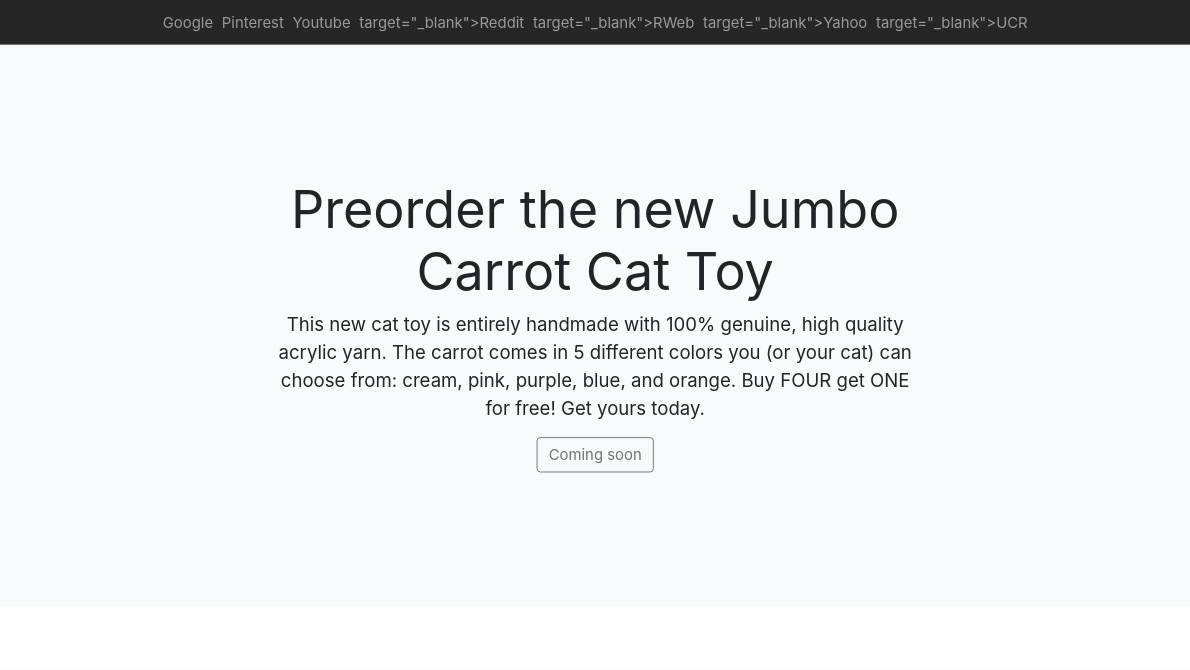
Repository: atrin033/AngellaTrinh-Resume
Page: LearnCS8-Twilio/index.html
The author's editor kept a record of every edit. The page is drawn from the files as they stood at one moment, then again after the next edit.
The browser window is 1280 px wide. The pictures show the whole page, at 93% of full size.

Above is the page before.

### LearnCS8-Twilio/index.html
<!doctype html>
<html lang="en">
  <head>
    <!-- Required meta tags -->
    <meta charset="utf-8">
    <meta name="viewport" content="width=device-width, initial-scale=1, shrink-to-fit=no">
    <meta name="description" content="Hot-selling crocheted toy that your cat is guaranteed to love!">
    <meta name="author" content="862124156">

    <!-- Bootstrap CSS -->
    <link rel="stylesheet" href="https://stackpath.bootstrapcdn.com/bootstrap/4.5.2/css/bootstrap.min.css" integrity="sha384-JcKb8q3iqJ61gNV9KGb8thSsNjpSL0n8PARn9HuZOnIxN0hoP+VmmDGMN5t9UJ0Z" crossorigin="anonymous">

    <!-- Title of your Website -->
    <title>Jumbo Carrot Cat Toy</title>
    <link href="product.css" rel="stylesheet">
  </head>
  <body>
      <nav class="site-header sticky-top py-1">
    <!-- Top Menu Bar -->
    <div class="container d-flex flex-column flex-md-row justify-content-between">
        <a class="py-2 d-none d-md-inline-block" id="menu-item-1" href="https://google.com" target="_blank">Google</a>
        <a class="py-2 d-none d-md-inline-block" id="menu-item-2" href="https://www.pinterest.com/" target="_blank">Pinterest</a>
        <a class="py-2 d-none d-md-inline-block" id="menu-item-3" href="https://www.youtube.com/" target="_blank">Youtube</a>
        <a class="py-2 d-none d-md-inline-block" id="menu-item-4" href="https://www.reddit.com/"> target="_blank">Reddit</a>
        <a class="py-2 d-none d-md-inline-block" id="menu-item-5" href="https://rweb.ucr.edu/"> target="_blank">RWeb</a>
        <a class="py-2 d-none d-md-inline-block" id="menu-item-6" href="https://www.yahoo.com/"> target="_blank">Yahoo</a>
        <a class="py-2 d-none d-md-inline-block" id="menu-item-7" href="https://www.ucr.edu/"> target="_blank">UCR</a>
    </div>
</nav>
<!-- Main Header Section h1-->
<div class="position-relative overflow-hidden p-3 p-md-5 m-md-0 text-center bg-light">
    <div class="col-md-8 p-lg-5 mx-auto my-5">
        <h1 class="display-4 font-weight-normal">Preorder the new Jumbo Carrot Cat Toy</h1>
        <p class="lead font-weight-normal">This new cat toy is entirely handmade with 100% genuine, high quality acrylic yarn. The carrot comes in 5 different colors you (or your cat) can choose from: cream, pink, purple, blue, and orange. Buy FOUR get ONE for free! Get yours today.</p>
        <a class="btn btn-outline-secondary" href="https://www.google.com/search?q=CARROT+CAT+TOY+YOUTUBE&rlz=1C5CHFA_enUS826US826&oq=CARROT+CAT+TOY+YOUTUBE&aqs=chrome..69i57j33i160l2.6603j0j7&sourceid=chrome&ie=UTF-8">Coming soon</a>
    </div>
</div>
  </body>
</html>

### LearnCS8-Twilio/product.css
.container {
  max-width: 960px;
}

/*
 * Custom translucent site header
 */

.site-header {
  background-color: rgba(0, 0, 0, .85);
  -webkit-backdrop-filter: saturate(180%) blur(20px);
  backdrop-filter: saturate(180%) blur(20px);
}
.site-header a {
  color: #999;
  transition: ease-in-out color .15s;
}
.site-header a:hover {
  color: #fff;
  text-decoration: none;
}

/*
 * Dummy devices (replace them with your own or something else entirely!)
 */

.product-device {
  position: absolute;
  right: 10%;
  bottom: -30%;
  width: 300px;
  height: 540px;
  background-color: #333;
  border-radius: 21px;
  -webkit-transform: rotate(30deg);
  transform: rotate(30deg);
}

.product-device::before {
  position: absolute;
  top: 10%;
  right: 10px;
  bottom: 10%;
  left: 10px;
  content: "";
  background-color: rgba(255, 255, 255, .1);
  border-radius: 5px;
}

.product-device-2 {
  top: -25%;
  right: auto;
  bottom: 0;
  left: 5%;
  background-color: #e5e5e5;
}


/*
 * Extra utilities
 */

.flex-equal > * {
  -ms-flex: 1;
  flex: 1;
}
@media (min-width: 768px) {
  .flex-md-equal > * {
    -ms-flex: 1;
    flex: 1;
  }
}

.overflow-hidden { overflow: hidden; }

After the next edit:
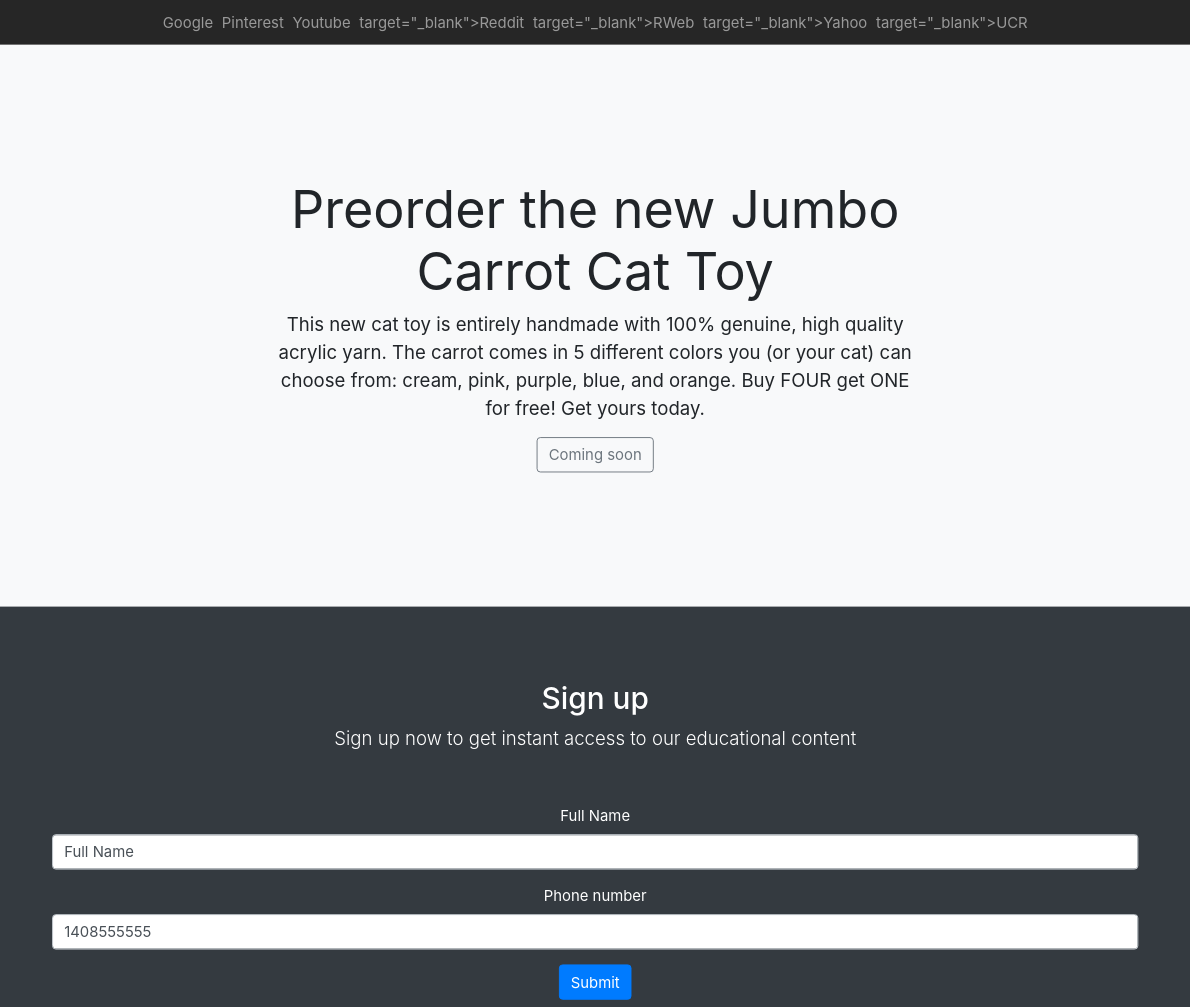
The edit:
--- a/LearnCS8-Twilio/index.html
+++ b/LearnCS8-Twilio/index.html
@@ -35,5 +35,44 @@
         <a class="btn btn-outline-secondary" href="https://www.google.com/search?q=CARROT+CAT+TOY+YOUTUBE&rlz=1C5CHFA_enUS826US826&oq=CARROT+CAT+TOY+YOUTUBE&aqs=chrome..69i57j33i160l2.6603j0j7&sourceid=chrome&ie=UTF-8">Coming soon</a>
     </div>
 </div>
+<!-- Left Tile -->
+<div class="d-md-flex flex-md-equal w-100">
+    <div class="bg-dark pt-3 px-3 pt-md-5 px-md-5 text-center text-white overflow-hidden">
+        <div class="my-3 py-3">
+            <h2 class="display-5">Sign up</h2>
+            <p class="lead">Sign up now to get instant access to our educational content</p>
+        </div>
+        <!-- Web form when submitted will send a text message -->
+        <form class="p-2" onsubmit="sendTextMessage(); return false;">
+            <!-- Full Name Form Field -->
+            <div class="form-group">
+                <label for="example-first-name">Full Name</label>
+                <input type="text" value="Full Name" class="form-control" id="example-first-name" aria-describedby="emailHelp">
+            </div>
+            <!-- Phone Number Form Field -->
+            <div class="form-group">
+                <label for="example-tel-input">Phone number</label>
+                <input type="tel" class="form-control" value="1408555555" id="example-tel-input">
+            </div>
+            <!-- JavaScript that handles onSubmit logic -->
+            <!-- Configure the XHR request below with your own credentials -->
+            <script>
+            function sendTextMessage() {
+                console.log("Hello world!");
+                var xhr = new XMLHttpRequest();
+                var accountSID = "XXXXXXXXXXXXXXXX";
+                var authToken = "XXXXXXXXXXXXXXXX";
+                var base64encoded = accountSID + ":" + authToken;
+                var params = "To=" + document.getElementById('example-tel-input').value + "&From=" + "XXXXXXXXXX" + "&Body=" + "Hello " + document.getElementById('example-first-name').value + " nice job on sending your first SMS with APIs."
+                xhr.open("POST", "https://api.twilio.com/2010-04-01/Accounts/" + accountSID + "/Messages.json", true);
+                xhr.setRequestHeader('Content-Type', 'application/x-www-form-urlencoded');
+                xhr.setRequestHeader('Authorization', 'Basic ' + btoa(base64encoded));
+                xhr.send(params);
+            }
+            </script>
+            <!-- Submit button that will execute the sendTextMessage function -->
+            <button type="submit" class="btn btn-primary">Submit</button>
+        </form>
+    </div>
   </body>
 </html>
